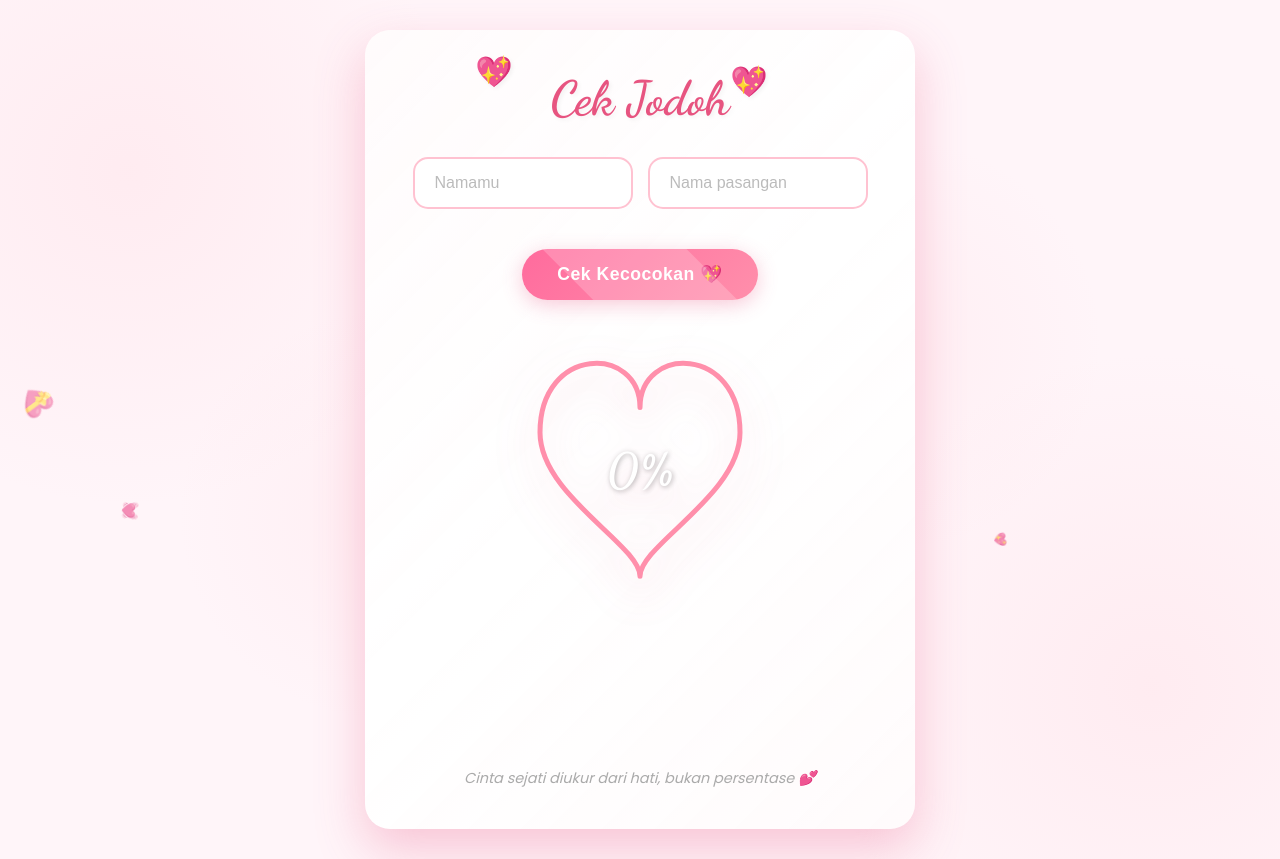
Repository: zhr-nabila/cek-jodoh
Page: cek.html
These files come from the project's save history. The page is drawn as it stood at one moment and after a run of saves; the edit follows.
The browser window is 1280 px wide. The pictures show the whole page.

Above is the page before, as saved 2025-06-10 00:39:51.

After the next 2 saves:
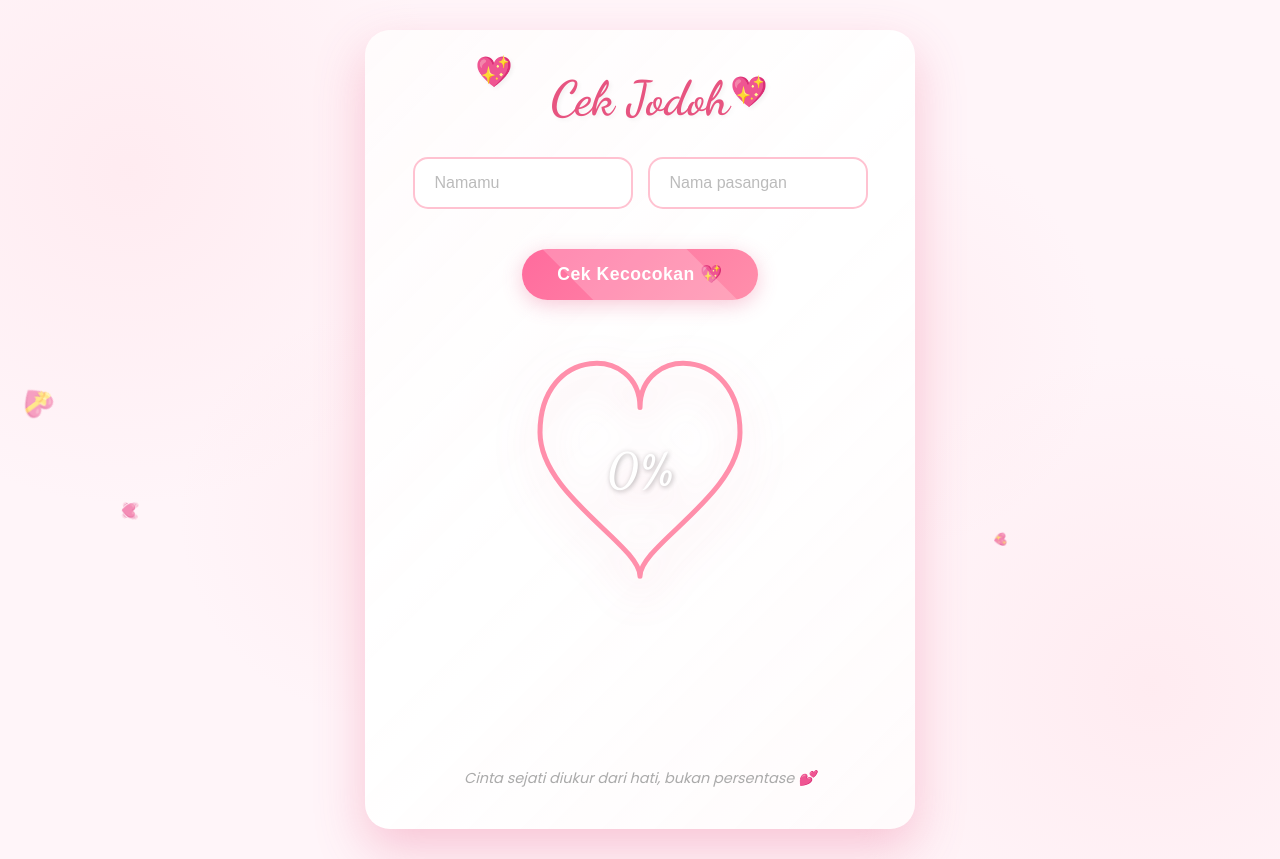
The 2 saves are shown as one change because they came seconds apart.
The last was saved 8 s later.
--- a/cek.html
+++ b/cek.html
@@ -127,7 +127,7 @@
       }
 
       h1::after {
-        top: -5px;
+        top: 5px;
         right: 23%;
       }
 
